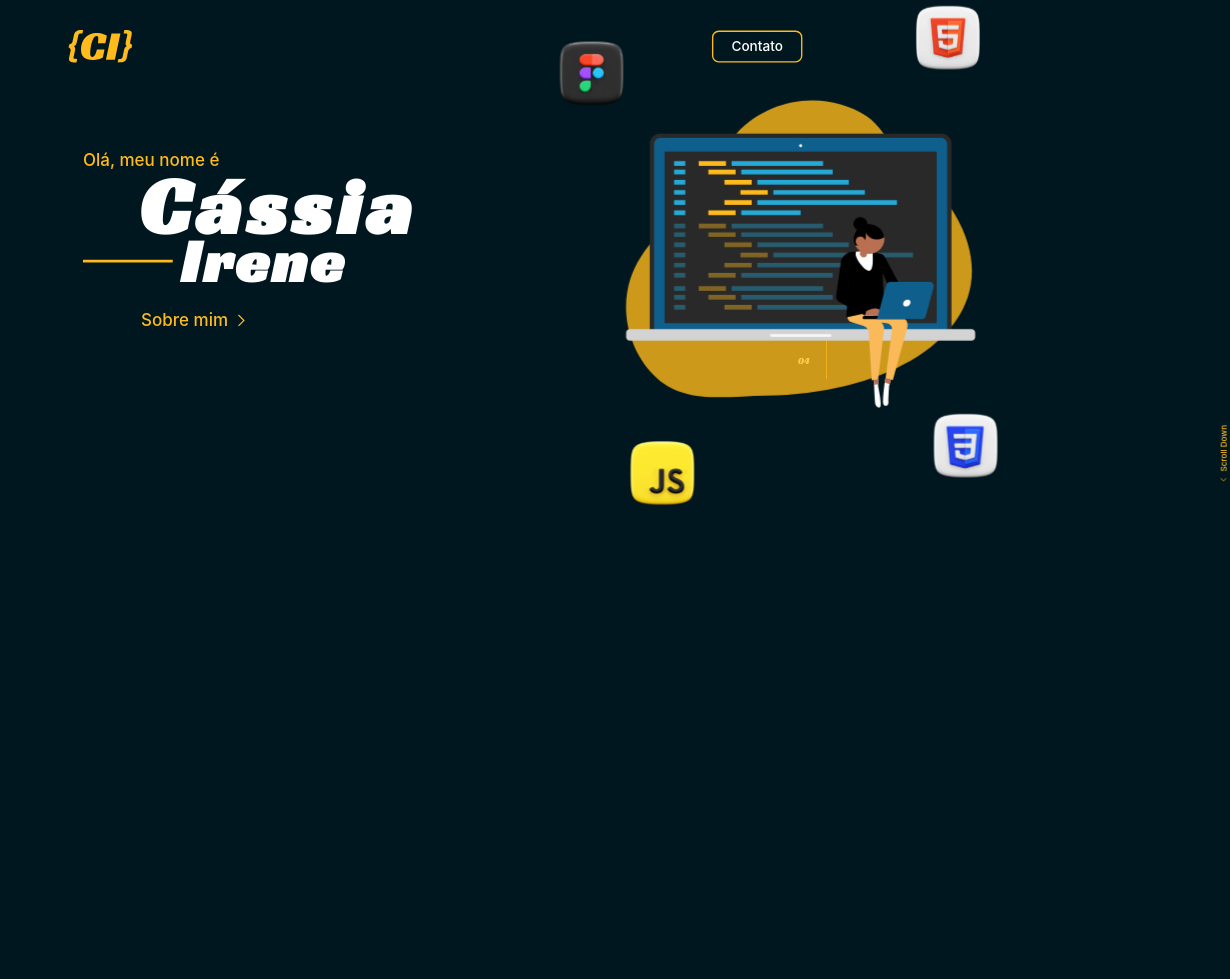
Repository: Cassia-Irene/My-Portfolio
Page: /
These files come from the project's save history. The page is drawn as it stood at one moment and after the next save; the edit follows.
The browser window is 1280 px wide. The page is 1809 px wide, so the pictures cover 1809 px, including what lies to the right of the window. The pictures show the whole page, at 68% of full size.
The project was rebuilt for these pictures with package versions that can differ from the ones it lists, and the page was loaded fresh each time. Also part of the build but not shown: vite.config.ts.

Above is the page before, as saved 2025-08-03 22:06:58.

### index.html
<!doctype html>
<html lang="en">
  <head>
    <meta charset="UTF-8" />
    <link rel="icon" type="image/svg+xml" href="./src/assets/logo.svg" />
    <meta name="viewport" content="width=device-width, initial-scale=1.0" />
    <link rel="preconnect" href="https://fonts.googleapis.com">
    <link rel="preconnect" href="https://fonts.gstatic.com" crossorigin>
    <link href="https://fonts.googleapis.com/css2?family=Racing+Sans+One&display=swap" rel="stylesheet">
    <title>Cássia Nascimento</title>
  </head>
  <body>
    <div id="root"></div>
    <script type="module" src="/src/main.tsx"></script>
  </body>
</html>

### src/index.css
* {
  padding: 0;
  margin: 0;
}

body {
  margin: 0;
  display: flex;
  place-items: center;
  min-width: 320px;
  min-height: 100vh;
}

body {
  background-color: #00171F;
}

### src/App.tsx
import React from "react";
import GlobalStyle from './GlobalStyle';
import Header from './Header';
import Hero from './Hero';
import SidebarNavigation from "./SidebarNavigation";
import SobreMim from './SobreMim';

const App: React.FC = () => {

  return (
    <>
    <SidebarNavigation />
      <GlobalStyle />
      <Header />
      <Hero />
      <SobreMim />
    </>
  );
};

export default App;

### src/GlobalStyle.ts
import { createGlobalStyle } from 'styled-components';

const GlobalStyle = createGlobalStyle`
  * {
    box-sizing: border-box;
  }

  body {
    margin: 0;
    padding: 0;
    overflow-x: hidden;
  }
  ::-webkit-scrollbar {
    width: 8px;
  }

`;

export default GlobalStyle;

### src/Header.tsx
import styled from "styled-components";

const HeaderContainer = styled.header`
    width: 100%;
    position: fixed;
    top: 30px;
    display: flex;
    justify-content: space-between;
    align-items: center;
    padding: 0 100px;
}
`;

const Logo = styled.img`
    width: 95px;
    height: 76px;

`;

const ContatoButton = styled.button`
    width: 133px;
    height: 47px;
    border: solid 2px #FFBB1B;
    border-radius: 10px;
    background-color: transparent;
    color: #FFFFFF;
    font-family: 'Inter', sans-serif;
    font-weight: 500;
    font-size: 20px;
    cursor: pointer;
    transition: all 0.3s ease-out;

    &:hover {
        background-color: #FFBB1B;
        font-weight: 500;
    }

`;

const Header = () => {
  return (
    <HeaderContainer>
        <Logo src="/src/assets/logo.svg" alt="Logo" />
      <ContatoButton>Contato</ContatoButton>
    </HeaderContainer>
  );
};

export default Header;

### src/Hero.tsx
import styled from "styled-components";

import centralImg from "./assets/svg_central.svg";
import img1 from "./assets/svg_figma.svg";
import img2 from "./assets/svg_html.svg";
import img3 from "./assets/svg_js.svg";
import img4 from "./assets/svg_css.svg";
import ArrowRight from "./assets/svg_seta_hero_sobre-mim.svg";
import ArrowDown from "./assets/svg_seta-down.svg";

const HeroSection = styled.section`
  height: 100vh;
  display: flex;
  justify-content: space-between;
  align-items: center;
  padding: 0 122px;
  position: relative;
  gap: 107px;
`;

const Left = styled.div`
  display: flex;
  flex-direction: column;
`;

const Intro = styled.p`
  font-family: "Inter", sans-serif;
  font-size: 25px;
  font-weight: 500;
  color: #FFBB1B;
`;

const Name = styled.h1`
  font-size: 120px;
  font-family: "Racing Sans One", sans-serif;
  color: #FFFFFF;
  letter-spacing: 8px;
  position: relative;
  margin-top: -23px;
  left: 20%;
`;

const IreneWrapper = styled.div`
  display: flex;
  align-items: center;
  gap: 11px;
  margin-top: -51px;
`;

const Rectangle = styled.div`
  width: 132.02px;
  height: 4px;
  background-color: #ffbb1b;
`;

const Irene = styled.h2`
  font-size: 90px;
  font-family: "Racing Sans One", sans-serif;
  color: #FFFFFF;
  letter-spacing: 4px;
`;

const AboutArrowIcon = styled.img`
  transition: transform 0.4s ease-in-out;
`;

const AboutButton = styled.button`
  display: flex;
  position: relative;
  left: 16%;
  align-items: center;
  background: transparent;
  padding: 10px 20px;
  cursor: pointer;
  border: none;
  font-family: "Inter", sans-serif;
  font-size: 25px;
  font-weight: 500;
  color: #ffbb1b;


  &:hover ${AboutArrowIcon} {
    transform: rotate(90deg);
  }
`;

const Right = styled.div`
  position: relative;
  width: 520px;
  height: 400px;
`;

const FloatingImg = styled.img<{ top?: string; left?: string; right?: string; bottom?: string }>`
  position: absolute;
  width: 100px;
  animation: float 4s ease-in-out infinite;
  ${({ top, left, right, bottom }) => `
    top: ${top || "auto"};
    left: ${left || "auto"};
    right: ${right || "auto"};
    bottom: ${bottom || "auto"};
  `}

  @keyframes float {
    0%, 100% {
      transform: translateY(0px);
    }
    50% {
      transform: translateY(-15px);
    }
  }
`;

const CentralImg = styled.img`
  width: 550px;
  height: 535.96px;
  position: absolute;
  top: -10%;
  left: 50%;
  transform: translate(-50%, -50%);
  animation: float 5s ease-in-out infinite;
`;

const ScrollDown = styled.button`
  position: absolute;
  bottom: 85px;
  left: 137%;
  transform: translateX(-50%);
  background: none;
  border: none;
  cursor: pointer;
  display: flex;
  align-items: center;
  gap: 2px;
  font-family: "Inter", sans-serif;
  font-size: 12px;
  font-weight: 500;
  white-space: nowrap;
  color: #ffbb1b;
  rotate: 270deg;

  img {
    width: 20px;
    height: 20px;
    rotate: 90deg;
    }

  &:hover img {
    transform: translateY(5px);
    transition: 0.3s ease;
  }
`;

const Hero = () => {
  const scrollToNext = () => {
    const nextSection = document.getElementById("next");
    if (nextSection) {
      nextSection.scrollIntoView({ behavior: "smooth" });
    }
  };

  return (
    <HeroSection id="section-00">
      {/* Lado Esquerdo */}
      <Left>
        <Intro>Olá, meu nome é</Intro>
        <Name>Cássia</Name>
        <IreneWrapper>
          <Rectangle />
          <Irene>Irene</Irene>
        </IreneWrapper>
        <AboutButton>
          Sobre mim <AboutArrowIcon src={ArrowRight} alt="Seta para a direita" />
        </AboutButton>
      </Left>

      {/* Lado Direito */}
      <Right>
        <CentralImg src={centralImg} alt="Principal" />
        <FloatingImg src={img1} top="-22%" left="35%" />
        <FloatingImg src={img2} top="-35%" right="-55%" />
        <FloatingImg src={img3} bottom="-50%" left="55%" />
        <FloatingImg src={img4} bottom="-40%" right="-60%" />
      </Right>

      {/* Scroll Down */}
      <ScrollDown onClick={scrollToNext}>
        <img src={ArrowDown} alt="Scroll Down" />
        Scroll Down
      </ScrollDown>
    </HeroSection>
  );
};

export default Hero;

### src/SidebarNavigation.tsx
import { useEffect, useRef, useState } from "react";
import styled from "styled-components";

const sections = ["00", "01", "02", "03", "04"];

const SidebarNavigation = () => {
  const [activeIndex, setActiveIndex] = useState(0);
  const [hoverIndex, setHoverIndex] = useState<number | null>(null);
  const barRef = useRef<HTMLDivElement>(null);

  useEffect(() => {
    const observer = new IntersectionObserver(
      (entries) => {
        entries.forEach((entry) => {
          if (entry.isIntersecting) {
            const index = Number(entry.target.id.split("-")[1]);
            setActiveIndex(index);
          }
        });
      },
      { threshold: 0.6 }
    );

    sections.forEach((_, index) => {
      const el = document.getElementById(`section-${index}`);
      if (el) observer.observe(el);
    });

    return () => observer.disconnect();
  }, []);

  useEffect(() => {
    const heightPerItem = 54; // mesma altura dos dots
    const targetIndex = hoverIndex !== null ? hoverIndex : activeIndex;

    if (barRef.current) {
      barRef.current.style.transform = `translateY(${targetIndex * heightPerItem}px)`;
    }
  }, [activeIndex, hoverIndex]);

  const handleClick = (index: number) => {
    const target = document.getElementById(`section-${index}`);
    if (target) {
      target.scrollIntoView({ behavior: "smooth" });
    }
  };

const SidebarContainer = styled.div`
  position: fixed;
  top: 40%;
  left: 93%;
  width: 50px;
  display: flex;
`;


const DotsWrapper = styled.div`
  display: flex;
  height: 270px;
`;

const Line = styled.div`
  width: 0.5px;
  height: 100%;
  background-color: #FFBB1B;
  z-index: 0;
  position: relative;
  left: 25px;
`;

const ActiveBar = styled.div`
  position: absolute;
  width: 2.5px;
  height: 54px;
  background-color: #ffbb1b;
  transition: transform 0.6s ease-in-out;
  z-index: 1;
  left: 23px;
`;

const Dots = styled.div`
  display: flex;
  flex-direction: column;
  gap: 0px;
  z-index: 2;
  position: relative;
  right: 40px;
`;

const Dot = styled.button<{ isActive: boolean }>`
  width: 40px;
  height: 54px;
  background: none;
  border: none;
  color: #FFFFFF;
  font-size: 14px;
  font-family: "Racing Sans One", sans-serif;
  cursor: pointer;
  display: flex;
  align-items: center;
  justify-content: flex-end;

  &:hover {
    color: #ffbb1b;
`;

  return (
    <SidebarContainer>
      <DotsWrapper>
        <Line />
        <ActiveBar ref={barRef} />
        <Dots>
          {sections.map((label, index) => (
            <Dot
              key={index}
              onClick={() => handleClick(index)}
              onMouseEnter={() => setHoverIndex(index)}
              onMouseLeave={() => setHoverIndex(null)}
              isActive={activeIndex === index}
            >
              {label}
            </Dot>
          ))}
        </Dots>
      </DotsWrapper>
    </SidebarContainer>
  );
};

export default SidebarNavigation;

### src/SobreMim.tsx
import styled from "styled-components";

const SobreMim = styled.section`
  height: 100vh;
  display: flex;
  justify-content: space-between;
  align-items: center;
  padding: 0 122px;
  position: relative;
  gap: 107px;
`;
export default SobreMim;

Loaded but not shown: src/main.tsx (common file)

After the next save:
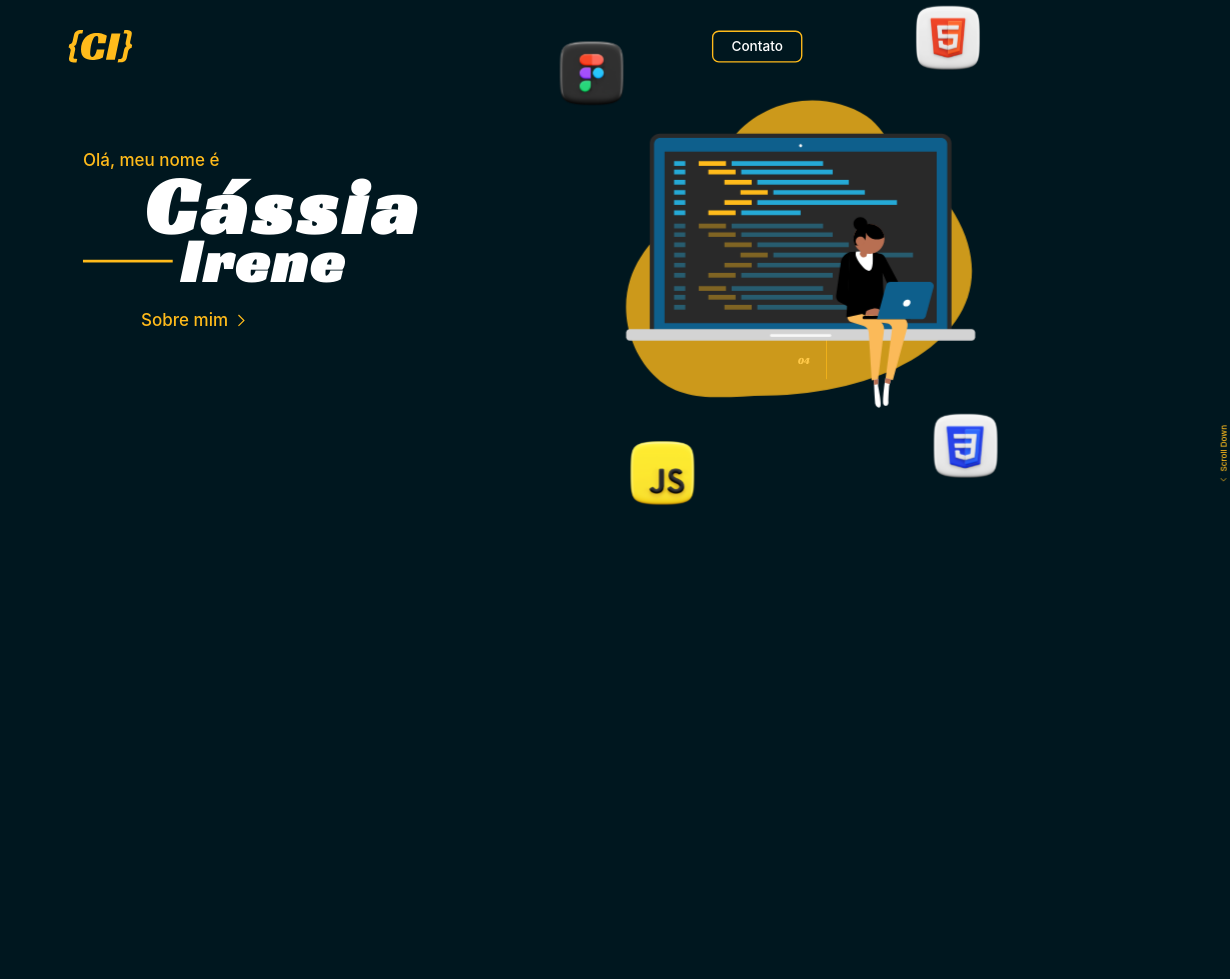
Saved 6 s later.
--- a/src/Hero.tsx
+++ b/src/Hero.tsx
@@ -37,7 +37,7 @@ const Name = styled.h1`
   letter-spacing: 8px;
   position: relative;
   margin-top: -23px;
-  left: 20%;
+  left: 22%;
 `;
 
 const IreneWrapper = styled.div`
